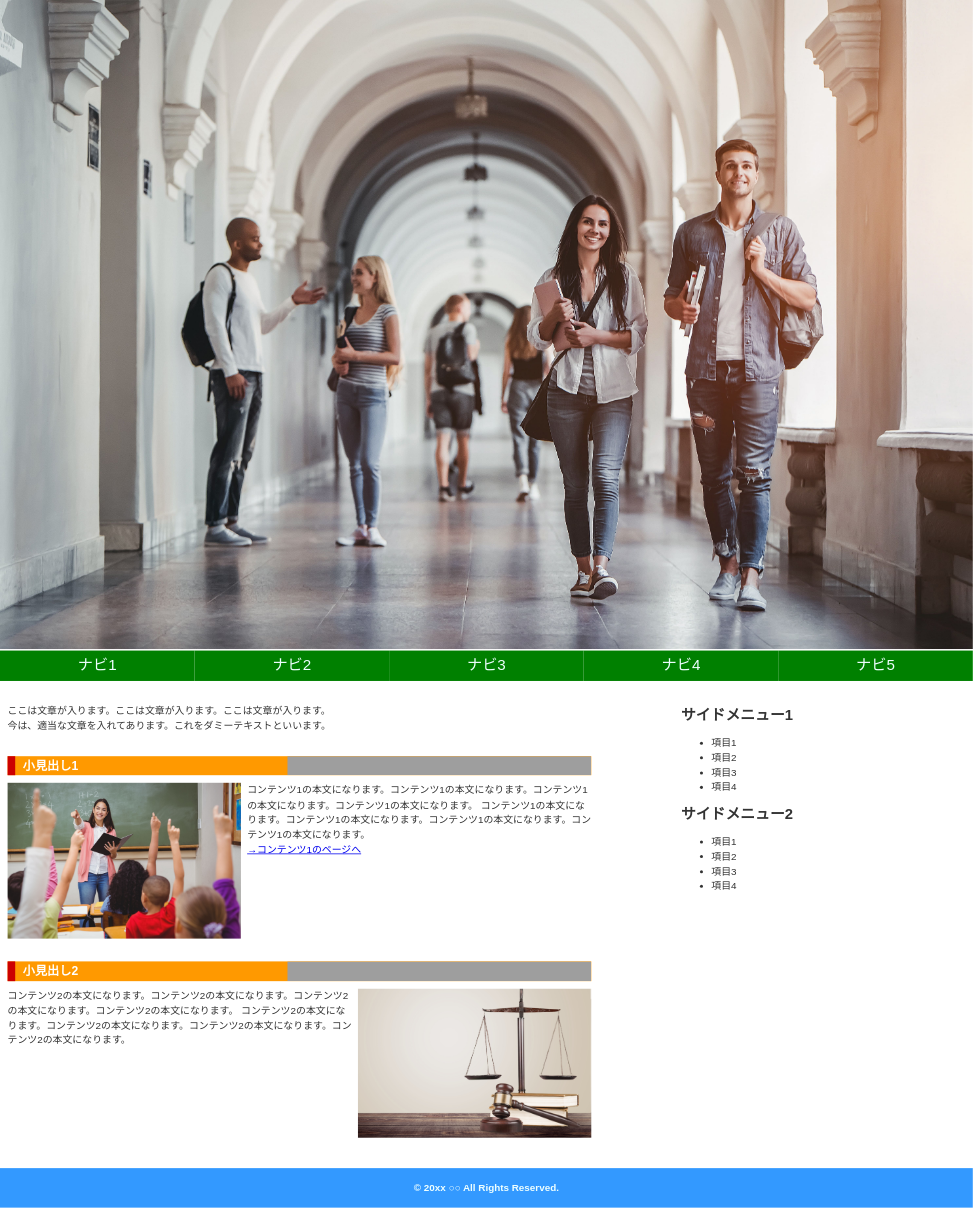
Repository: mizmo20/samurai_HTML-CSS
Page: home.html
The author's editor kept a record of every edit. The page is drawn from the files as they stood at one moment, then again after the next edit.
The browser window is 1280 px wide. The pictures show the whole page, at 76% of full size.
Pictures or frames that could not be fetched are drawn as grey boxes.

Above is the page before.

After the next edit:
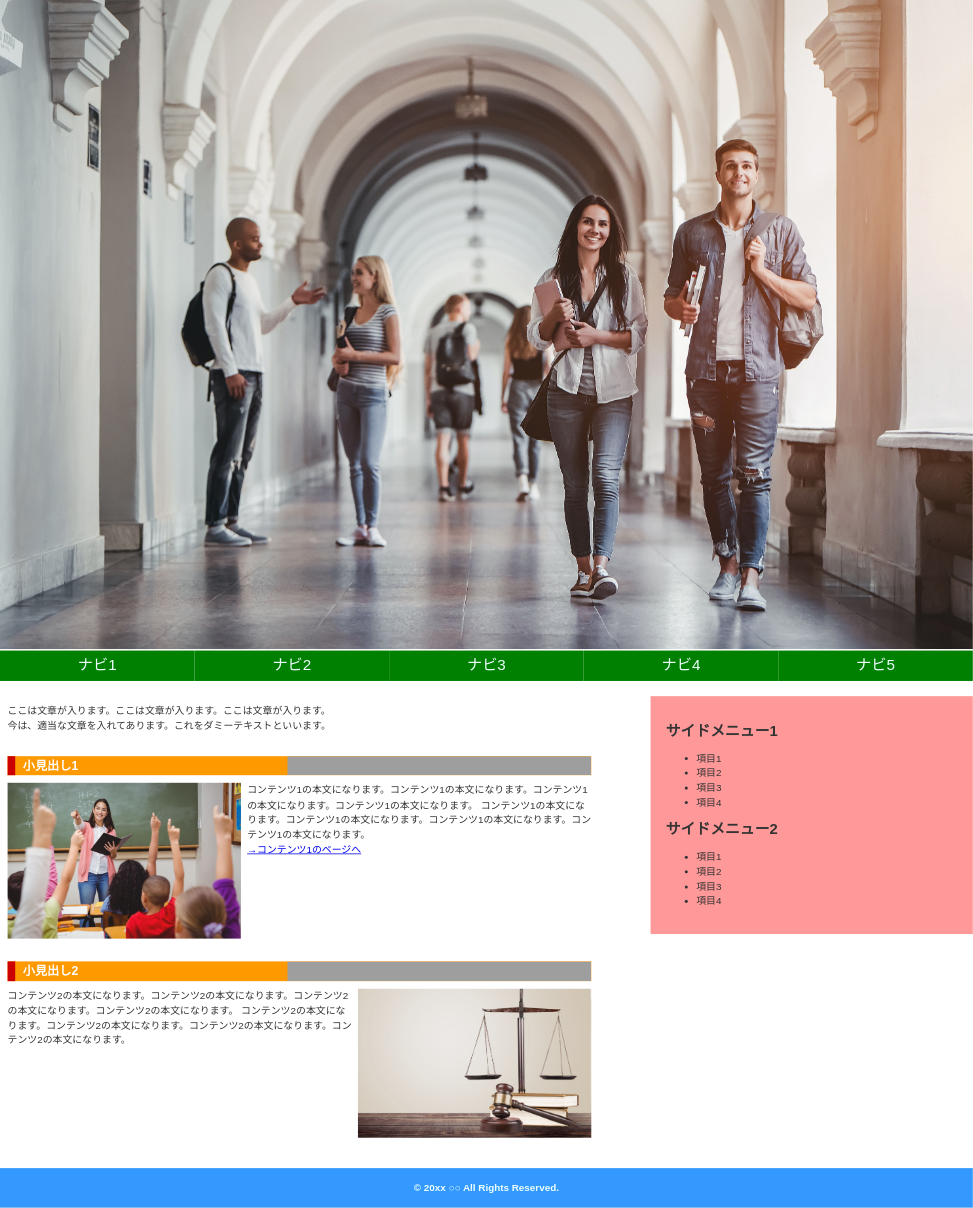
The edit:
--- a/stylesheet.css
+++ b/stylesheet.css
@@ -131,8 +131,8 @@
  #side {
  	 float: right;
  	 width: 30%;
-+ 	 padding: 20px;
-+ 	 background-color: #F99;
+ 	 padding: 20px;
+ 	 background-color: #F99;
 + }
 + #side .box {
 + 	 margin: 0 auto 30px auto;
